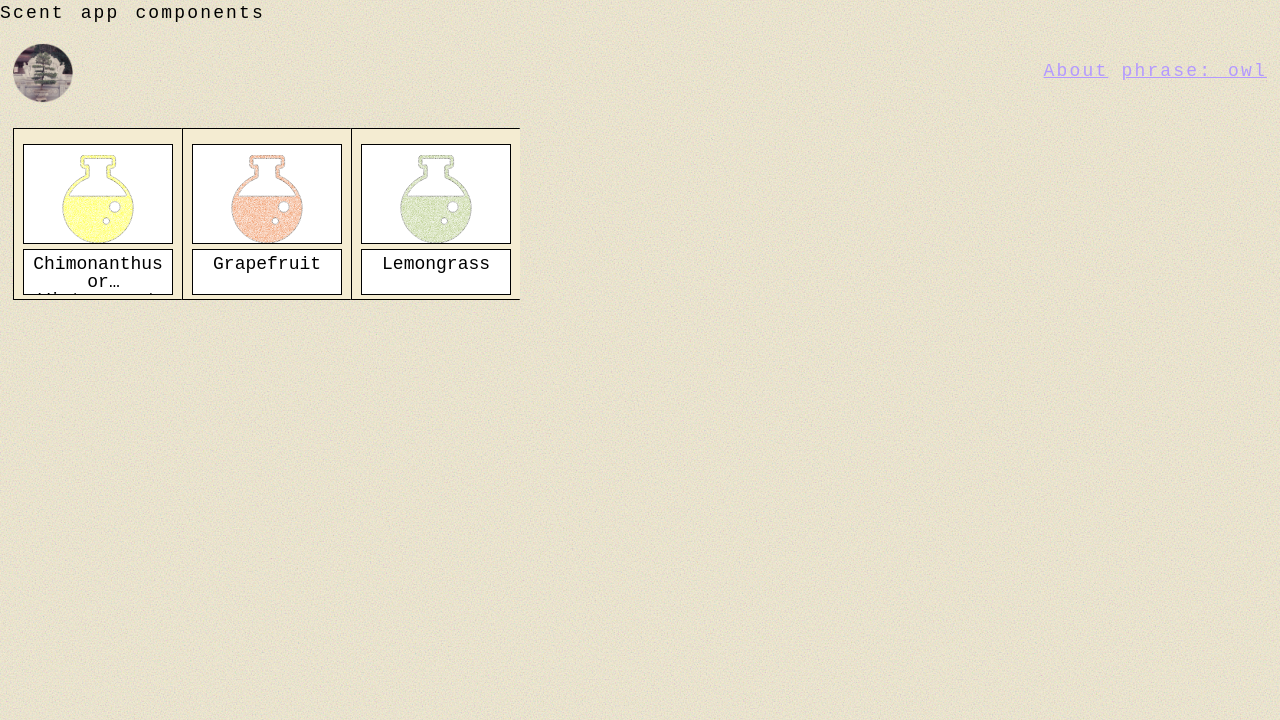
Repository: magiai/scent-app
Page: /
The author's editor kept a copy of each file at every save. The page is drawn from the files as they stood at one save, then again after the next save.
The browser window is 1280 px wide. The pictures show the whole page.
The project was rebuilt for these pictures with package versions that can differ from the ones it lists, and the page was loaded fresh each time. The framework's server and built-in components were replaced by stand-ins that run in the browser.

Above is the page before, as saved 2022-11-30 12:43:09.

After the next save:
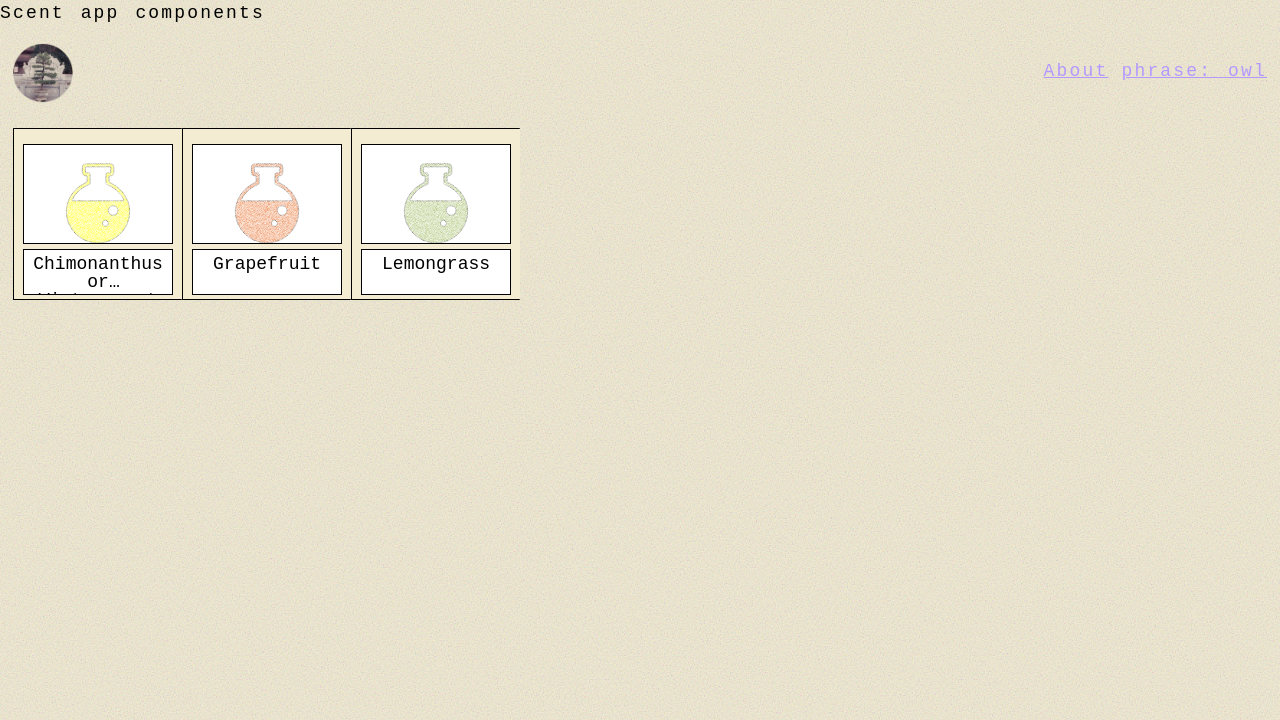
Saved 37 s later.
--- a/components/scent/scent.module.css
+++ b/components/scent/scent.module.css
@@ -49,6 +49,7 @@ svg.svg--bottle {
     stroke: black;
     stroke-width: 0.3rem;
     transform-origin: bottom center;
+    transform: scale(0.9);
 }
 
 .button--svg__label {
